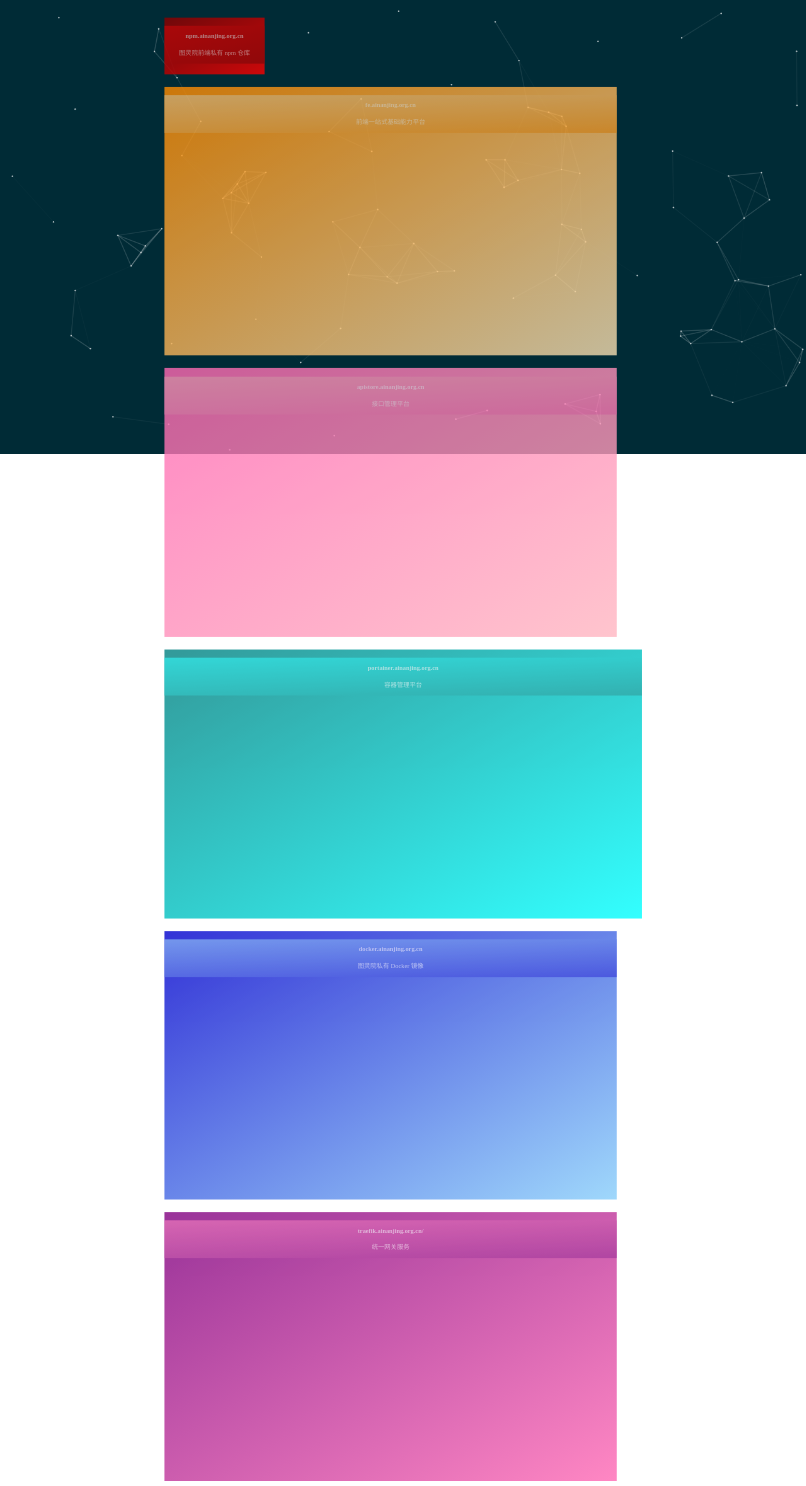
Repository: heweiwei1/portainer
Page: index.html
These files come from the project's save history. The page is drawn as it stood at one moment and after the next save; the edit follows.
The browser window is 1280 px wide. The pictures show the whole page, at 63% of full size.

Above is the page before, as saved 2021-04-14 14:11:23.

### index.html
<!DOCTYPE html>
<html lang="en">
<head>
  <meta charset="UTF-8">
  <meta http-equiv="X-UA-Compatible" content="IE=edge">
  <meta name="viewport" content="width=device-width, initial-scale=1.0">
  <title>网页</title>
  <link rel="stylesheet" href="index.css">
  <script src="index.js"></script>
</head>
<body>
  <div class="demo">
    <div class="box">
      <a class="demo1 demo-1" href="https://npm.ainanjing.org.cn/">
          <div class="trans">
            <h4>npm.ainanjing.org.cn</h4>
            <p>图灵院前端私有 npm 仓库</p>
          </div>
      </a>
    </div>
    <a class="demo1 demo-2" href="https://fe.ainanjing.org.cn" id="pop">
          <div class="trans">
            <h4>fe.ainanjing.org.cn</h4>
            <p>前端一站式基础能力平台</p>
          </div>
    </a>
    <a class="demo1 demo-3" href="https://apistore.ainanjing.org.cn">
        <div class="trans">
          <h4>apistore.ainanjing.org.cn</h4>
          <p>接口管理平台</p>
        </div>
    </a>
    <a class="demo1 demo-4" href="https://portainer.ainanjing.org.cn">
        <div class="trans">
          <h4>portainer.ainanjing.org.cn</h4>
          <p>容器管理平台</p>
        </div>
    </a>
    <a class="demo1 demo-5" href="https://docker.ainanjing.org.cn">
        <div class="trans">
          <h4>docker.ainanjing.org.cn</h4>
          <p>图灵院私有 Docker 镜像</p>
        </div>
    </a>
    <a class="demo1 demo-6" href="https://traefik.ainanjing.org.cn/">
        <div class="trans">
          <h4>traefik.ainanjing.org.cn/</h4>
          <p>统一网关服务</p>
        </div>
    </a>
  </div>
</body>
</html>

### index.css
a {
  text-decoration: none;
  color: #000;
}
.demo {
  width: 60%;
  margin: auto;
  display: flex;
  flex-flow: row wrap;
}
.box {
  width: calc((100% - 120px) / 4);
}

.demo a {
  position: relative;
  display: flex;
  flex-direction: column;
  align-items: center;
  width: 100%;
  height: 0px;
  padding-bottom: 56.25%;
  margin-top: 20px;
  font-size: 10px;
}
.demo a:not(:nth-child(4n)){
  margin-right: 40px;
}
.trans {
  position:absolute;
  top: 13.2px;
  width: calc(100% - 40px);
  padding: 30px 20px;
  display: flex;
  justify-content: center;
  opacity: 0.6;
}
.demo1:hover .trans{
  opacity: 1;
}
.demo1 {
  opacity: 0.8;
}
.trans p{
  position: absolute;
  top: 24px;
  color: #fff;
}
.trans h4{
  position: absolute;
  top: -3px;
  color: #fff;
}
.demo-1 {
  background-image: linear-gradient(to bottom right,#8b0000,#ff0000);

}
.demo-1 .trans{
  background-image: linear-gradient(to top left,#8b0000,#ff0000);
}
.demo-2 {
  background-image: linear-gradient(to bottom right,#ff8c00,#f5deb3);
}
.demo-2 .trans{
  background-image: linear-gradient(to top left,#ff8c00,#f5deb3);
}
.demo-3 {
  background-image: linear-gradient(to bottom right,#ff69b4,#ffb6c1);
}
.demo-3 .trans{
  background-image: linear-gradient(to top left,#ff69b4,#ffb6c1);
}
.demo-4 {
  background-image: linear-gradient(to bottom right,#008080,#00ffff);
}
.demo-4 .trans{
  background-image: linear-gradient(to top left,#008080,#00ffff);
}
.demo-5 {
  background-image: linear-gradient(to bottom right,#0000cd,#87cefa);
}
.demo-5 .trans{
  background-image: linear-gradient(to top left,#0000cd,#87cefa);
}
.demo-6 {
  background-image: linear-gradient(to bottom right,#800080,#ff69b4);
}
.demo-6 .trans{
  background-image: linear-gradient(to top left,#800080,#ff69b4);
}

### index.js
window.onload = function(){
  var pop = document.getElementById("pop");
  pop.onclick = function(){
    alert("暂未启用");
    return false;
  }
  // 可调参数
var BACKGROUND_COLOR = "rgba(0,43,54,1)";   // 背景色
var POINT_NUM = 99;                         // 屏幕上点的数目
var POINT_COLOR = "rgba(255,255,255,0.7)";  // 点的颜色
var LINE_LENGTH = 10000;                    // 点之间连线长度(的平方)

// 创建背景画布
var cvs = document.createElement("canvas");
cvs.width = window.innerWidth;
cvs.height = window.innerHeight;
cvs.style.cssText = "\
    position:fixed;\
    top:0px;\
    left:0px;\
    z-index:-1;\
    opacity:1.0;\
    ";
document.body.appendChild(cvs);

var ctx = cvs.getContext("2d");

var startTime = new Date().getTime();

//随机数函数
function randomInt(min, max) {
    return Math.floor((max - min + 1) * Math.random() + min);
}

function randomFloat(min, max) {
    return (max - min) * Math.random() + min;
}

//构造点类
function Point() {
    this.x = randomFloat(0, cvs.width);
    this.y = randomFloat(0, cvs.height);

    var speed = randomFloat(0.3, 1.4);
    var angle = randomFloat(0, 2 * Math.PI);

    this.dx = Math.sin(angle) * speed;
    this.dy = Math.cos(angle) * speed;

    this.r = 1.2;

    this.color = POINT_COLOR;
}

Point.prototype.move = function () {
    this.x += this.dx;
    if (this.x < 0) {
        this.x = 0;
        this.dx = -this.dx;
    } else if (this.x > cvs.width) {
        this.x = cvs.width;
        this.dx = -this.dx;
    }
    this.y += this.dy;
    if (this.y < 0) {
        this.y = 0;
        this.dy = -this.dy;
    } else if (this.y > cvs.height) {
        this.y = cvs.height;
        this.dy = -this.dy;
    }
}

Point.prototype.draw = function () {
    ctx.fillStyle = this.color;
    ctx.beginPath();
    ctx.arc(this.x, this.y, this.r, 0, Math.PI * 2);
    ctx.closePath();
    ctx.fill();
}

var points = [];

function initPoints(num) {
    for (var i = 0; i < num; ++i) {
        points.push(new Point());
    }
}

var p0 = new Point(); //鼠标
p0.dx = p0.dy = 0;
var degree = 2.5;
document.onmousemove = function (ev) {
    p0.x = ev.clientX;
    p0.y = ev.clientY;
}
document.onmousedown = function (ev) {
    degree = 5.0;
    p0.x = ev.clientX;
    p0.y = ev.clientY;
}
document.onmouseup = function (ev) {
    degree = 2.5;
    p0.x = ev.clientX;
    p0.y = ev.clientY;
}
window.onmouseout = function () {
    p0.x = null;
    p0.y = null;
}

function drawLine(p1, p2, deg) {
    var dx = p1.x - p2.x;
    var dy = p1.y - p2.y;
    var dis2 = dx * dx + dy * dy;
    if (dis2 < 2 * LINE_LENGTH) {
        if (dis2 > LINE_LENGTH) {
            if (p1 === p0) {
                p2.x += dx * 0.03;
                p2.y += dy * 0.03;
            } else return;
        }
        var t = (1.05 - dis2 / LINE_LENGTH) * 0.2 * deg;
        ctx.strokeStyle = "rgba(255,255,255," + t + ")";
        ctx.beginPath();
        ctx.lineWidth = 1.5;
        ctx.moveTo(p1.x, p1.y);
        ctx.lineTo(p2.x, p2.y);
        ctx.closePath();
        ctx.stroke();
    }
    return;
}

//绘制每一帧
function drawFrame() {
    cvs.width = window.innerWidth;
    cvs.height = window.innerHeight;
    ctx.fillStyle = BACKGROUND_COLOR;
    ctx.fillRect(0, 0, cvs.width, cvs.height);

    var arr = (p0.x == null ? points : [p0].concat(points));
    for (var i = 0; i < arr.length; ++i) {
        for (var j = i + 1; j < arr.length; ++j) {
            drawLine(arr[i], arr[j], 1.0);
        }
        arr[i].draw();
        arr[i].move();
    }

    window.requestAnimationFrame(drawFrame);
}

  initPoints(POINT_NUM);
  drawFrame();
}

After the next save:
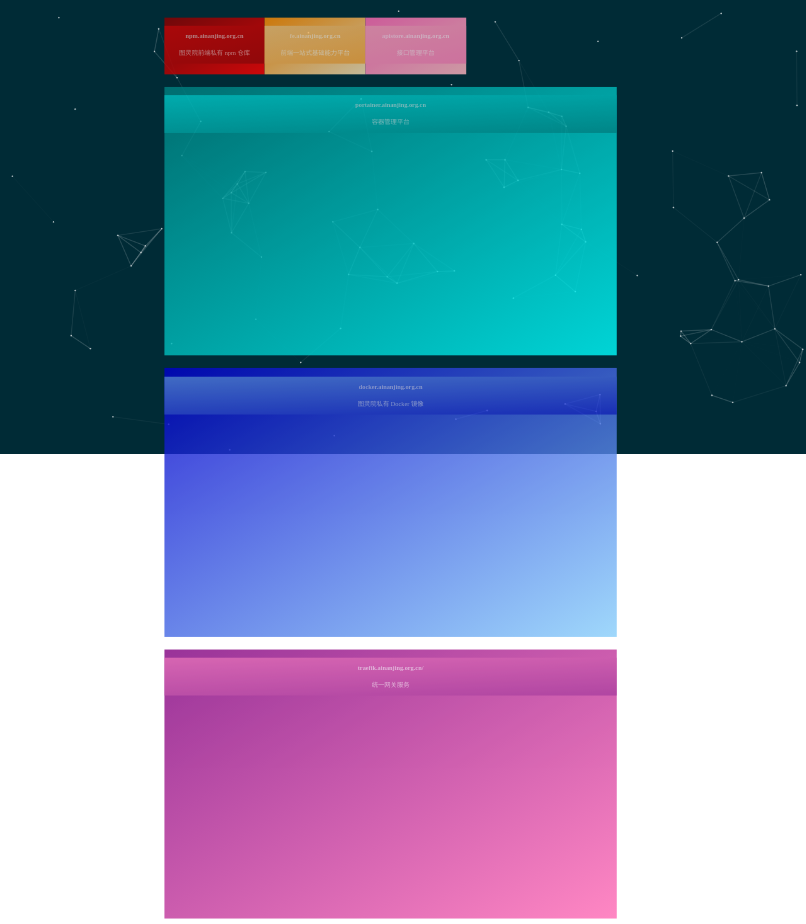
Saved 2 min 37 s later.
--- a/index.html
+++ b/index.html
@@ -18,30 +18,37 @@
           </div>
       </a>
     </div>
-    <a class="demo1 demo-2" href="https://fe.ainanjing.org.cn" id="pop">
+    <div class="box">
+      <a class="demo1 demo-2" href="https://fe.ainanjing.org.cn" id="pop">
+            <div class="trans">
+              <h4>fe.ainanjing.org.cn</h4>
+              <p>前端一站式基础能力平台</p>
+            </div>
+      </a>
+  </div>
+    <div class="box">
+      <a class="demo1 demo-3" href="https://apistore.ainanjing.org.cn">
           <div class="trans">
-            <h4>fe.ainanjing.org.cn</h4>
-            <p>前端一站式基础能力平台</p>
+            <h4>apistore.ainanjing.org.cn</h4>
+            <p>接口管理平台</p>
           </div>
-    </a>
-    <a class="demo1 demo-3" href="https://apistore.ainanjing.org.cn">
-        <div class="trans">
-          <h4>apistore.ainanjing.org.cn</h4>
-          <p>接口管理平台</p>
-        </div>
-    </a>
+      </a>
+  </div>
+    <div class="box"></div>
     <a class="demo1 demo-4" href="https://portainer.ainanjing.org.cn">
         <div class="trans">
           <h4>portainer.ainanjing.org.cn</h4>
           <p>容器管理平台</p>
         </div>
     </a>
+    <div class="box"></div>
     <a class="demo1 demo-5" href="https://docker.ainanjing.org.cn">
         <div class="trans">
           <h4>docker.ainanjing.org.cn</h4>
           <p>图灵院私有 Docker 镜像</p>
         </div>
     </a>
+    <div class="box"></div>
     <a class="demo1 demo-6" href="https://traefik.ainanjing.org.cn/">
         <div class="trans">
           <h4>traefik.ainanjing.org.cn/</h4>
